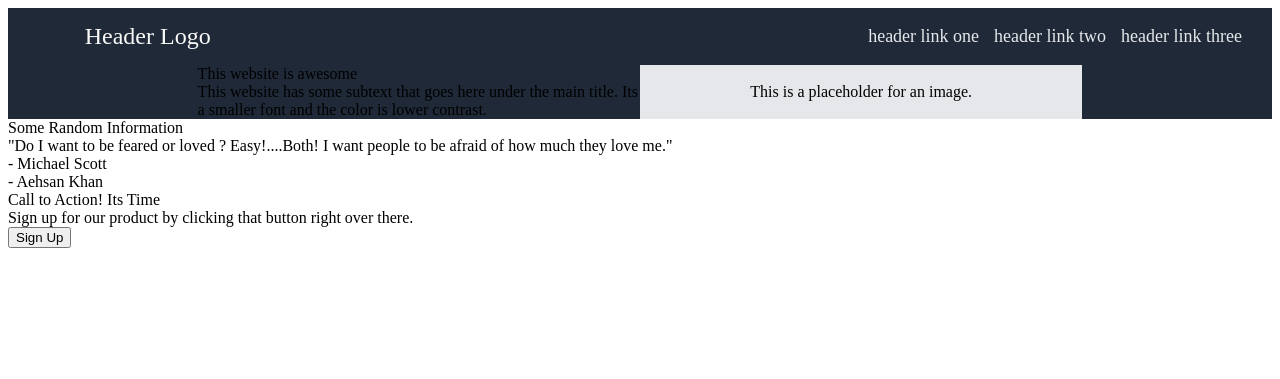
Repository: Aehsan4004/odinlandpage
Page: index.html
These files come from the project's save history. The page is drawn as it stood at one moment and after the next save; the edit follows.
The browser window is 1280 px wide. The pictures show the whole page.

Above is the page before, as saved 2025-02-10 09:55:04.

After the next save:
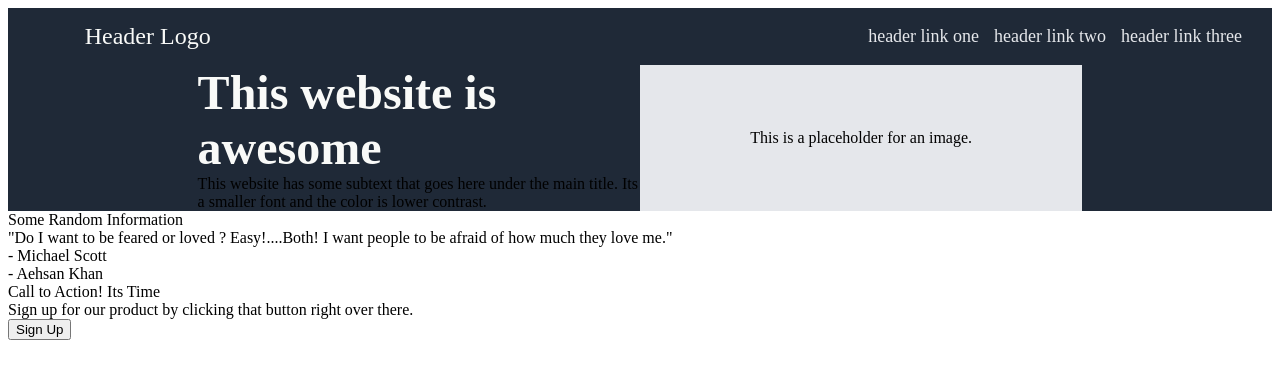
Saved 91 s later.
--- a/styles.css
+++ b/styles.css
@@ -51,6 +51,13 @@ ul {
     width: 35%;
     flex-wrap: wrap;
 }
+
+.title {
+    font-weight: 900;
+    color: #f9faf8;
+    font-size: 48px;
+}
+
 .right-box {
     display: flex;
     /* flex: 1 1 40%; */
